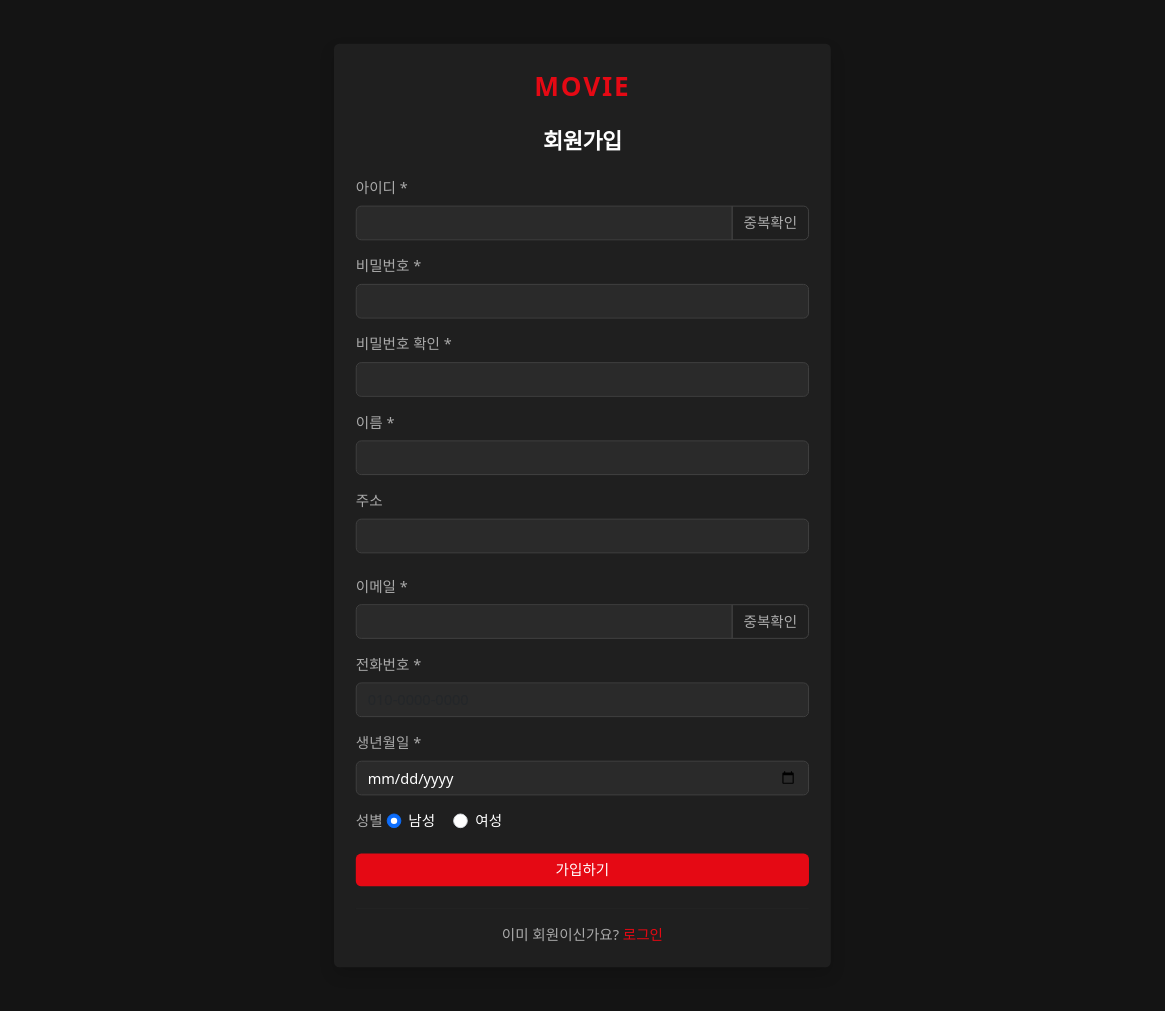
Repository: Se-Jong-Park/InsideReview
Page: http://localhost/moviejoin/WEB-INF/views/user/form.jsp
The author's editor kept a copy of each file at every save. The page is drawn from the files as they stood at one save, then again after the next save.
The browser window is 1280 px wide. The pictures show the whole page, at 91% of full size.
The page is served by Tomcat 9. Nobody is signed in. The template is opened directly, without the code that normally fills it, so the values that code supplies are empty.

Above is the page before, as saved 2026-03-19 02:07:16.

After the next save:
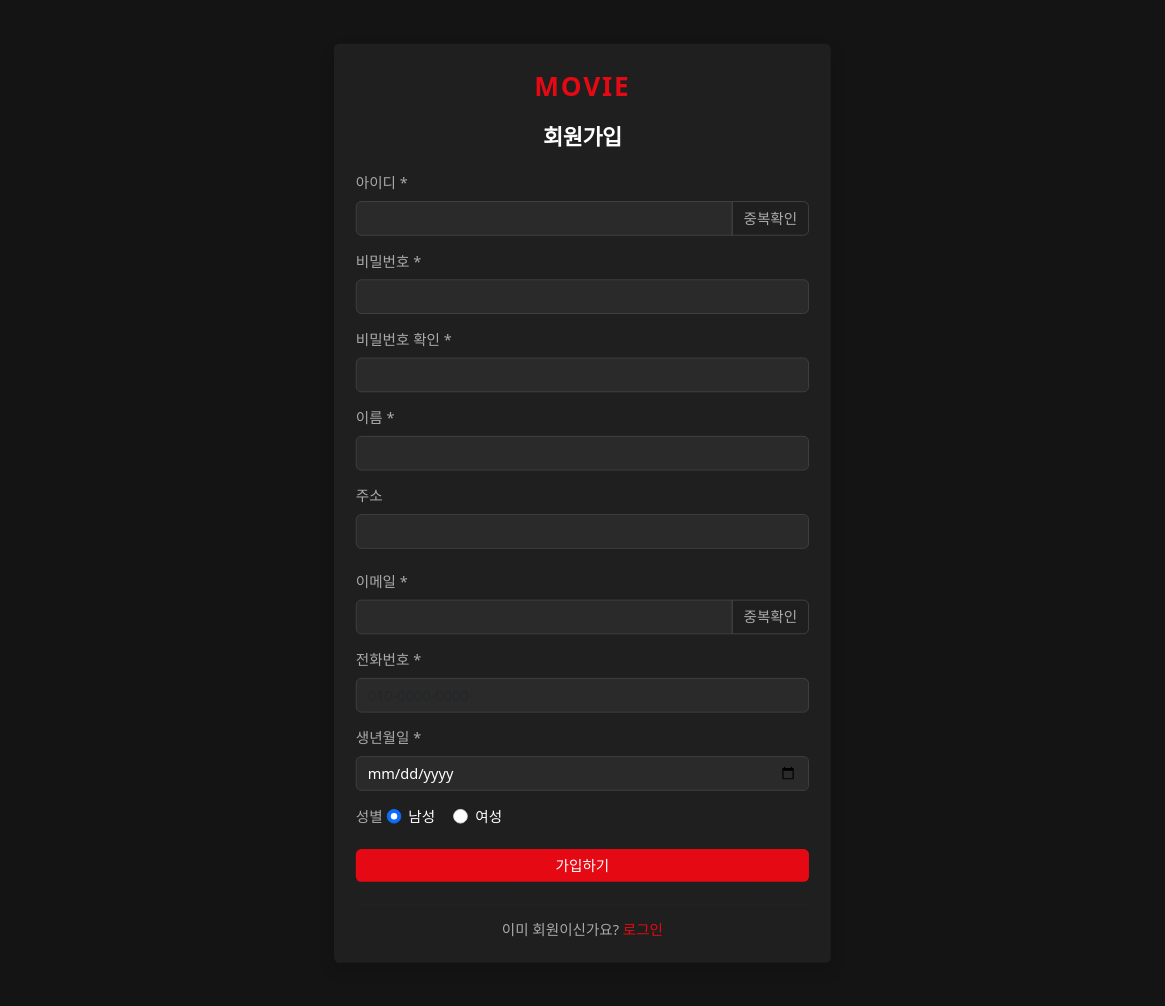
Saved 9 s later.
--- a/moviejoin/src/main/webapp/WEB-INF/views/user/form.jsp
+++ b/moviejoin/src/main/webapp/WEB-INF/views/user/form.jsp
@@ -45,8 +45,8 @@
      	h4.text-center{
  		color: #ffffff !important;
  		font-weight: 700;
- 		margin-top: 10px;
- 		margin-bottom: 10px;
+ 		margin-top: 5px;
+ 		margin-bottom: 30px;
  		letter-spacing: -0.5px;
  	}
 </style>
